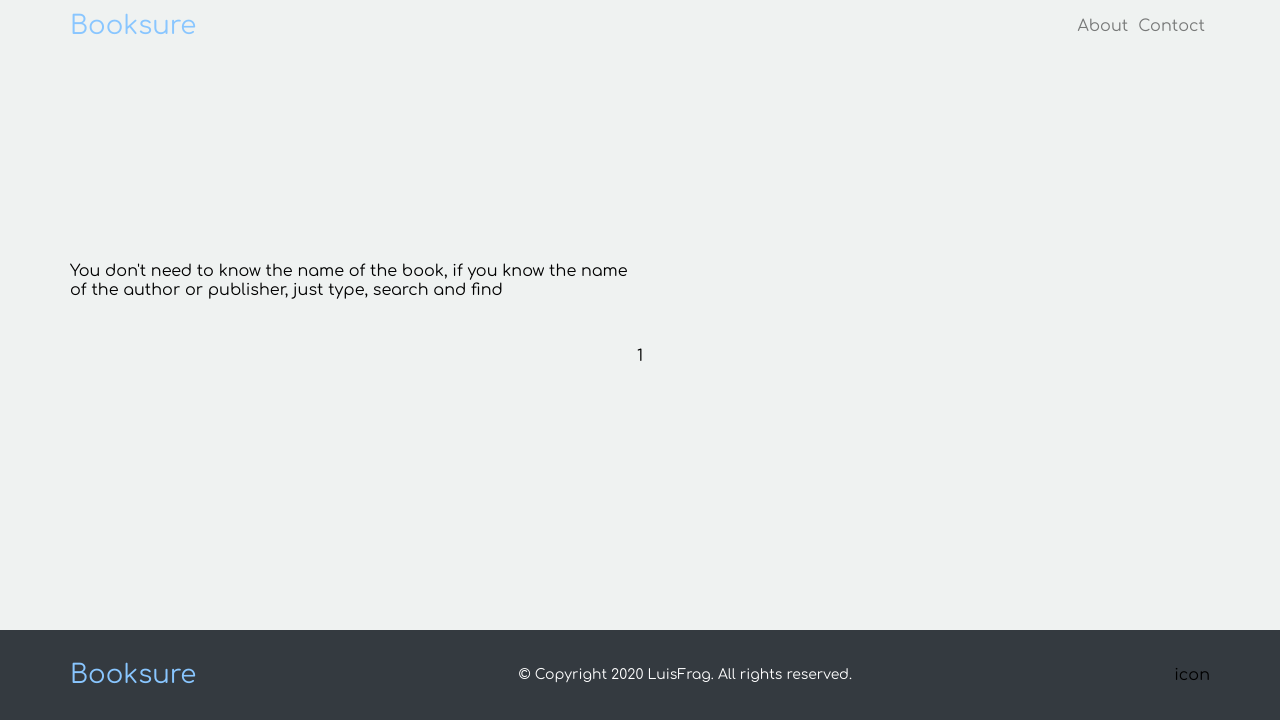
Repository: changesxxx/searchBooks
Page: /search
An editor plug-in stored every save of this project. The page is shown before and after the next save, followed by the edit.
The browser window is 1280 px wide. The pictures show the whole page.
The project was rebuilt for these pictures with package versions that can differ from the ones it lists, and the page was loaded fresh each time. Also part of the build but not shown: craco.config.js.

Above is the page before, as saved 2024-06-24 17:46:23.

### public/index.html
<!DOCTYPE html>
<html lang="en">

<head>
  <meta charset="utf-8" />
  <link rel="icon" href="%PUBLIC_URL%/favicon.ico" />
  <meta name="viewport" content="width=device-width, initial-scale=1" />
  <meta name="theme-color" content="#000000" />
  <meta name="description" content="Web site created using create-react-app" />
  <link rel="apple-touch-icon" href="%PUBLIC_URL%/logo192.png" />
  <!--
      manifest.json provides metadata used when your web app is installed on a
      user's mobile device or desktop. See https://developers.google.com/web/fundamentals/web-app-manifest/
    -->
  <link rel="manifest" href="%PUBLIC_URL%/manifest.json" />
  <!--
      Notice the use of %PUBLIC_URL% in the tags above.
      It will be replaced with the URL of the `public` folder during the build.
      Only files inside the `public` folder can be referenced from the HTML.

      Unlike "/favicon.ico" or "favicon.ico", "%PUBLIC_URL%/favicon.ico" will
      work correctly both with client-side routing and a non-root public URL.
      Learn how to configure a non-root public URL by running `npm run build`.
    -->
  <title>SearchBooks</title>
</head>

<body>
  <noscript>You need to enable JavaScript to run this app.</noscript>
  <div id="root"></div>
  <!--
      This HTML file is a template.
      If you open it directly in the browser, you will see an empty page.

      You can add webfonts, meta tags, or analytics to this file.
      The build step will place the bundled scripts into the <body> tag.

      To begin the development, run `npm start` or `yarn start`.
      To create a production bundle, use `npm run build` or `yarn build`.
    -->
</body>

</html>

### src/index.js
import React from 'react'

import ReactDOM from 'react-dom/client'

//router
import { BrowserRouter } from 'react-router-dom'

//css重置
import 'normalize.css'
import '@/assets/css/index.css'

import App from './App.jsx'

const root = ReactDOM.createRoot(document.getElementById('root'))

root.render(
  <BrowserRouter>
    <App />
  </BrowserRouter>,
)

### src/assets/css/index.css
@import './reset.css';
@import './common.css';

### src/App.jsx
import React, { memo, useEffect, useState, Suspense } from 'react'
import { useRoutes, useLocation } from 'react-router-dom'
import routes from '@/router'

import PageHeader from './components/pageHeader/PageHeader'
import PageFooter from './components/pageFooter/PageFooter'

const App = memo(() => {
  const [flag, setFlag] = useState(true)

  const location = useLocation()

  useEffect(() => {
    const isExistence = routes.some((route) => location.pathname === route.path)
    setFlag(isExistence)
  }, [location])

  return (
    <Suspense>
      <div
        style={{ display: 'flex', flexDirection: 'column', height: '100vh' }}
      >
        {flag && <PageHeader></PageHeader>}
        {useRoutes(routes)}
        {flag && <PageFooter></PageFooter>}
      </div>
    </Suspense>
  )
})

export default App

### src/assets/css/reset.css
/* 样式的重置 */
body,
html,
h1,
h2,
h3,
h4,
h5,
h6,
ul,
ol,
li,
dl,
dt,
dd,
header,
menu,
section,
p,
input,
td,
th,
ins {
  padding: 0;
  margin: 0;
}

ul,
ol,
li {
  list-style: none;
}

a {
  text-decoration: none;
  color: #666;
}

a:hover {
  color: #666;
  text-decoration: underline;
}

i,
em {
  font-style: normal;
}

input,
textarea,
button,
select,
a {
  outline: none;
  border: none;
}

table {
  border-collapse: collapse;
  border-spacing: 0;
}

img {
  border: none;
  vertical-align: middle;
}

### src/assets/css/common.css
body {
  background-color: #eff2f1;
  font-family: Comfortaa-Regular;
}

@font-face {
  font-family: Comfoorta-Bold;
  src: url('../font/Comfortaa-Bold.ttf');
}

@font-face {
  font-family: Comfortaa-Regular;
  src: url('../font/Comfortaa-Regular.ttf');
}

@font-face {
  font-family: Comfortaa-Light;
  src: url('../font/Comfortaa-Light.ttf');
}

.content_mid {
  width: 1140px;
  margin: 0 auto;
}

### src/router/index.js
import React from 'react'
import { Navigate } from 'react-router-dom'

//组件
const Home = React.lazy(() => import('@/view/home/Home'))
const Search = React.lazy(() => import('@/view/search/Search'))
const Error = React.lazy(() => import('@/view/error/Error'))

const routes = [
  {
    path: '/',
    element: <Navigate to="/home"></Navigate>,
  },
  {
    path: '/home',
    element: <Home />,
  },
  {
    path: '/search',
    element: <Search />,
  },
  {
    path: '*',
    element: <Error />,
  },
]

export default routes

### src/components/pageHeader/PageHeader.jsx
import React, { memo } from 'react'

import { useNavigate } from 'react-router-dom'

import HeaderWrapper from './style'

const PageHeader = memo(() => {
  const navigate = useNavigate()

  function goHome() {
    navigate('/home')
  }

  return (
    <HeaderWrapper className="content_mid">
      <div
        className="title"
        onClick={() => {
          goHome()
        }}
        style={{ cursor: 'pointer' }}
      >
        Booksure
      </div>
      <div className="other">
        <div className="item">About</div>
        <div className="item">Contoct</div>
      </div>
    </HeaderWrapper>
  )
})

export default PageHeader

### src/components/pageFooter/PageFooter.jsx
import React, { memo } from 'react'

import FooterWrapper from './style'

const PageFooter = memo(() => {
  return (
    <FooterWrapper>
      <div className="content_mid content ">
        <div className="title">Booksure</div>
        <div className="text">
          © Copyright 2020 LuisFrag. All rights reserved.
        </div>
        <div className="icon">icon</div>
      </div>
    </FooterWrapper>
  )
})

export default PageFooter

### src/view/search/Search.jsx
import React, { memo } from 'react'

import SearchWrapper from './style'

const Search = memo(() => {
  return (
    <SearchWrapper className="content_mid">
      <div className="describe">
        <div>
          You don't need to know the name of the book, if you know the name of
          the author or publisher, just type, search and find
        </div>
        <div></div>
      </div>

      <div className="input">1</div>
    </SearchWrapper>
  )
})

export default Search

### src/components/pageHeader/style.js
import { styled } from 'styled-components'

const HeaderWrapper = styled.div`
  display: flex;
  justify-content: space-between;
  height: 40px;
  margin-top: 6px;
  padding: 0 15px;

  .title {
    display: flex;
    height: 100%;
    align-items: center;

    font-size: 26px;
    color: #89c6ff;
  }

  .other {
    display: flex;
    height: 100%;

    align-items: center;

    .item {
      margin: 0 5px;
      color: rgba(0, 0, 0, 0.5);
    }
  }
`
export default HeaderWrapper

### src/components/pageFooter/style.js
import { styled } from 'styled-components'

const FooterWrapper = styled.div`
  height: 90px;
  background-color: #343a40;

  .content {
    display: flex;
    height: 100%;
    justify-content: space-between;

    align-items: center;

    .title {
      font-size: 26px;
      color: #89c6ff;
    }

    .text {
      font-size: 14px;
      color: #fff;
    }
  }
`

export default FooterWrapper

### src/view/search/style.js
import { styled } from 'styled-components'

const searchWrapper = styled.div`
  flex: 1;
  display: flex;
  flex-direction: column;
  justify-content: center;

  .describe {
    display: flex;

    div {
      flex: 1;
    }
  }

  .input {
    padding: 48px 16px;
    text-align: center;
  }
`

export default searchWrapper

After the next save:
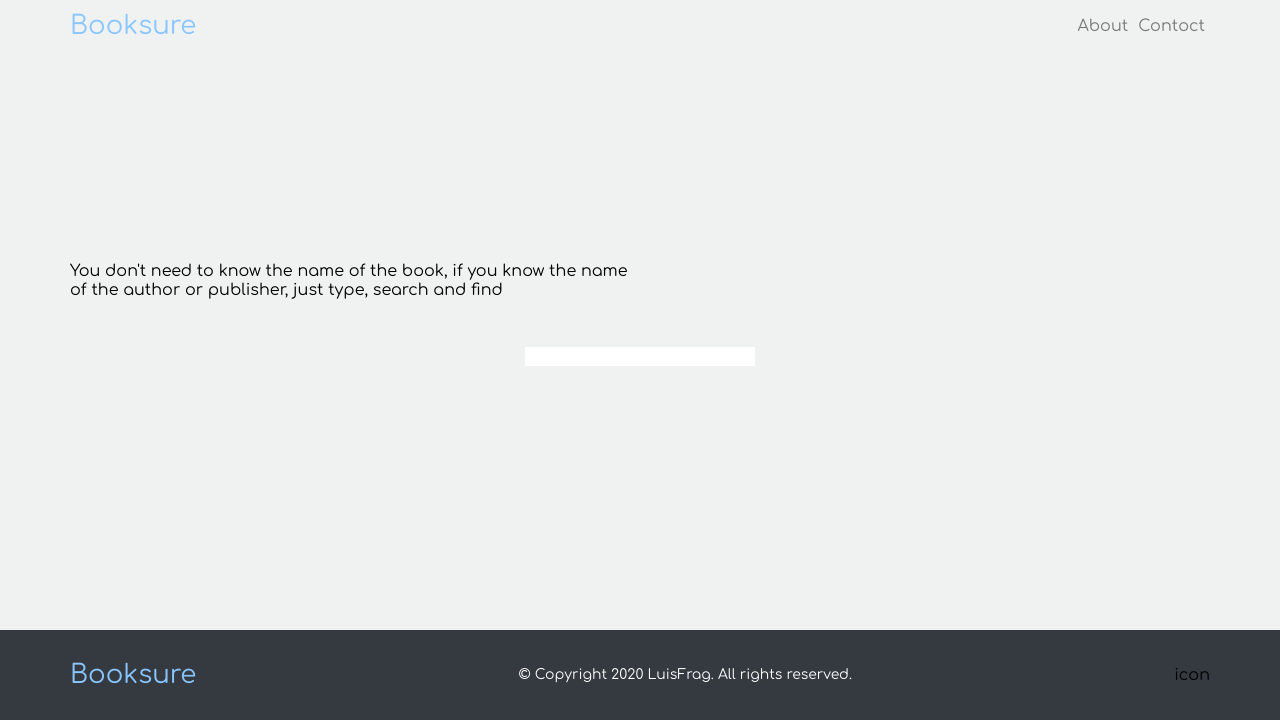
Saved 7 s later.
--- a/src/view/search/Search.jsx
+++ b/src/view/search/Search.jsx
@@ -13,7 +13,9 @@ const Search = memo(() => {
         <div></div>
       </div>
 
-      <div className="input">1</div>
+      <div className="input">
+        <input type="text" />
+      </div>
     </SearchWrapper>
   )
 })
